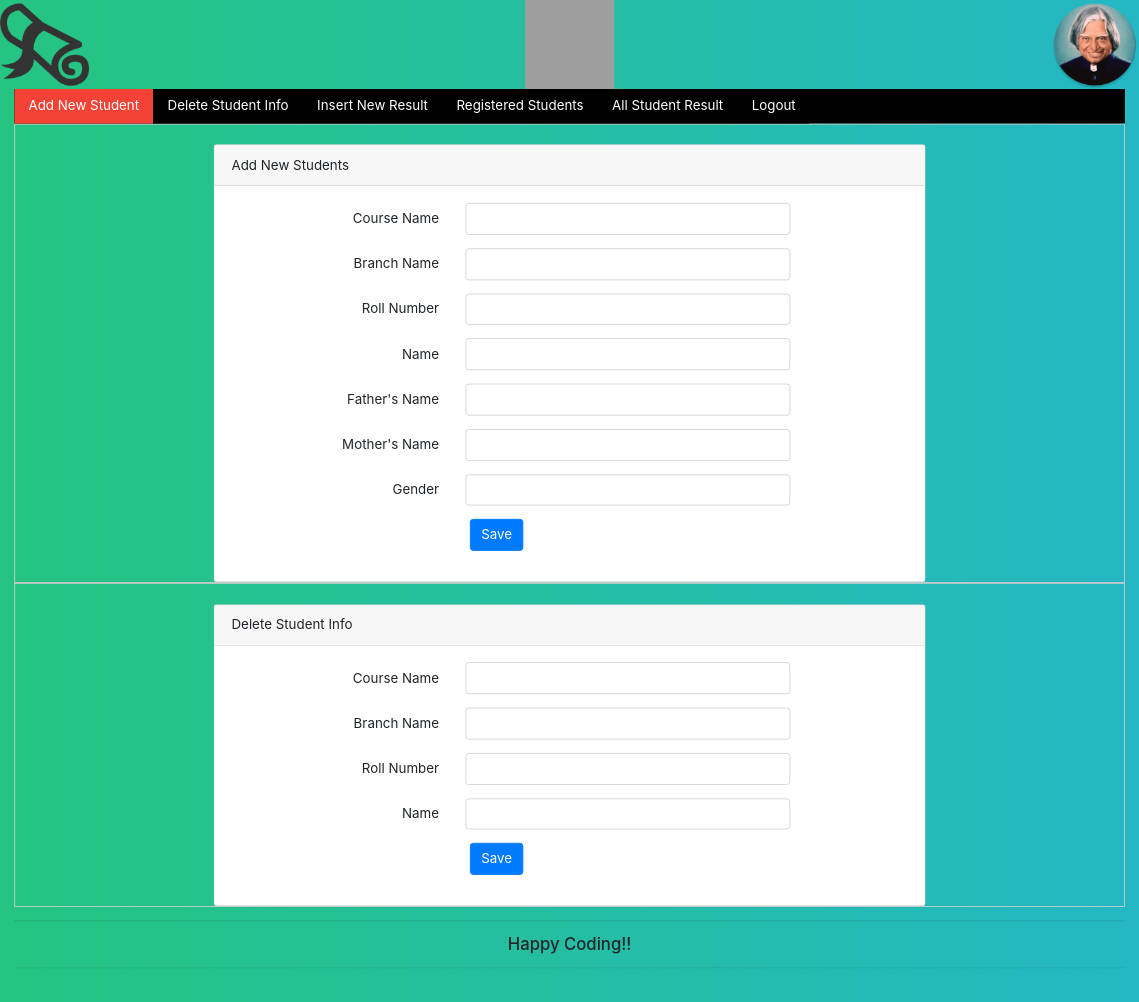
Repository: AlkaDas991/Dbms
Page: http://localhost/Student_Record_Management/adminHome.jsp
These files come from the project's save history. The page is drawn as it stood at one moment and after the next save; the edit follows.
The browser window is 1280 px wide. The pictures show the whole page, at 89% of full size.
Pictures or frames that could not be fetched are drawn as grey boxes. Some web fonts or font styles are not loaded; a fallback is used. Some web libraries are served in a nearby version. The page is served by Tomcat 9. Other server files are loaded and not shown. Queries for data that is not in the repository find no rows.

Above is the page before, as saved 2021-03-12 14:57:53.
Console error: TypeError: Cannot read properties of undefined (reading 'fn')

### Student Record Management/WebContent/adminHome.jsp
<%@include file="header.html"%>
<!DOCTYPE html>
<html>
<title>IIIT,BBSR</title>
<body>
<img src="logo.png"  align="left"width="100" height="100">
<center><img src="ng" width="100" height="100" position="absolute";
  clip = "rect(0px,60px,200px,0px)">
<img src="apj sir.png" align="right"  width="100" height="100"></center>
<div class="w3-container">
  <div class="w3-bar w3-black">
    <button class="w3-bar-item w3-button tablink w3-red" onclick="openCity(event,'London')">Add New Student</button>
    <button class="w3-bar-item w3-button tablink" onclick="openCity(event,'Beijing')">Delete Student Info</button>
    <button class="w3-bar-item w3-button tablink" onclick="openCity(event,'Paris')">Insert New Result</button>
    <button class="w3-bar-item w3-button tablink" onclick="openCity(event,'Tokyo')">Registered Students</button>
     <button class="w3-bar-item w3-button tablink" onclick="openCity(event,'Tokyo1')">All Student Result</button>
     <a href="adminLogin.jsp" class="w3-bar-item w3-button tablink">Logout</a>
  </div>

  <div id="London" class="w3-container w3-border city">
  <br>
   <link href="//maxcdn.bootstrapcdn.com/bootstrap/4.1.1/css/bootstrap.min.css" rel="stylesheet" id="bootstrap-css">
<script src="//maxcdn.bootstrapcdn.com/bootstrap/4.1.1/js/bootstrap.min.js"></script>
<script src="//cdnjs.cloudflare.com/ajax/libs/jquery/3.2.1/jquery.min.js"></script>
<!------ Alright Include the above in your HEAD tag ---------->

<!doctype html>
<html lang="en">
<head>
    <!--OK Required meta tags -->
    <meta charset="utf-8">
    <meta name="viewport" content="width=device-width, initial-scale=1, shrink-to-fit=no">

    <!-- Fonts -->
    <link rel="dns-prefetch" href="https://fonts.gstatic.com">
    <link href="https://fonts.googleapis.com/css?family=Raleway:300,400,600" rel="stylesheet" type="text/css">



    <link rel="icon" href="Favicon.png">

    <!-- Bootstrap CSS -->
    <link rel="stylesheet" href="https://stackpath.bootstrapcdn.com/bootstrap/4.1.3/css/bootstrap.min.css">
</head>
<body>
<main class="my-form">
    <div class="cotainer">
        <div class="row justify-content-center">
            <div class="col-md-8">
                    <div class="card">
                        <div class="card-header">Add New Students</div>
                        <div class="card-body">
                            <form name="my-form" onsubmit="return validform()" action="addNewStudent.jsp" method="post">
                                <div class="form-group row">
                                    <label for="full_name" class="col-md-4 col-form-label text-md-right">Course Name</label>
                                    <div class="col-md-6">
                                        <input type="text"  class="form-control" name="course">
                                    </div>
                                </div>

                                <div class="form-group row">
                                    <label for="email_address" class="col-md-4 col-form-label text-md-right">Branch Name</label>
                                    <div class="col-md-6">
                                        <input type="text"  class="form-control" name="branch">
                                    </div>
                                </div>

                                <div class="form-group row">
                                    <label for="user_name" class="col-md-4 col-form-label text-md-right">Roll Number</label>
                                    <div class="col-md-6">
                                        <input type="text" class="form-control" name="rollNo">
                                    </div>
                                </div>

                                <div class="form-group row">
                                    <label for="phone_number" class="col-md-4 col-form-label text-md-right">Name</label>
                                    <div class="col-md-6">
                                        <input type="text"  class="form-control" name="name">
                                    </div>
                                </div>

                                <div class="form-group row">
                                    <label for="present_address" class="col-md-4 col-form-label text-md-right">Father's Name</label>
                                    <div class="col-md-6">
                                        <input type="text"  class="form-control" name="fatherName">
                                    </div>
                                </div>

                                <div class="form-group row">
                                    <label for="present_address" class="col-md-4 col-form-label text-md-right">Mother's Name</label>
                                    <div class="col-md-6">
                                        <input type="text"  class="form-control" name="motherName">
                                    </div>
                                </div>

                                <div class="form-group row">
                                    <label for="permanent_address" class="col-md-4 col-form-label text-md-right">Gender</label>
                                    <div class="col-md-6">
                                        <input type="text" class="form-control" name="gender">
                                    </div>
                                </div>

                                    <div class="col-md-6 offset-md-4">
                                        <button type="submit" class="btn btn-primary">
                                        Save
                                        </button>
                                    </div>

                            </form>
                        </div>
                    </div>
            </div>
        </div>
    </div>
</main>

<script src="https://code.jquery.com/jquery-3.3.1.slim.min.js"></script>
<script src="https://cdnjs.cloudflare.com/ajax/libs/popper.js/1.14.3/umd/popper.min.js"></script>
<script src="https://stackpath.bootstrapcdn.com/bootstrap/4.1.3/js/bootstrap.min.js"></script>
</body>
  </div>
<!-- 2rd part -->
<div id="Beijing" class="w3-container w3-border city">
  <br>
   <link href="//maxcdn.bootstrapcdn.com/bootstrap/4.1.1/css/bootstrap.min.css" rel="stylesheet" id="bootstrap-css">
<script src="//maxcdn.bootstrapcdn.com/bootstrap/4.1.1/js/bootstrap.min.js"></script>
<script src="//cdnjs.cloudflare.com/ajax/libs/jquery/3.2.1/jquery.min.js"></script>
<!------ Alright Include the above in your HEAD tag ---------->

<!doctype html>
<html lang="en">
<head>
    <!--OK Required meta tags -->
    <meta charset="utf-8">
    <meta name="viewport" content="width=device-width, initial-scale=1, shrink-to-fit=no">

    <!-- Fonts -->
    <link rel="dns-prefetch" href="https://fonts.gstatic.com">
    <link href="https://fonts.googleapis.com/css?family=Raleway:300,400,600" rel="stylesheet" type="text/css">



    <link rel="icon" href="Favicon.png">

    <!-- Bootstrap CSS -->
    <link rel="stylesheet" href="https://stackpath.bootstrapcdn.com/bootstrap/4.1.3/css/bootstrap.min.css">
</head>
<body>
<main class="my-form">
    <div class="cotainer">
        <div class="row justify-content-center">
            <div class="col-md-8">
                    <div class="card">
                        <div class="card-header">Delete Student Info</div>
                        <div class="card-body">
                            <form name="my-form" onsubmit="return validform()" action="deleteStudent.jsp" method="post">
                                <div class="form-group row">
                                    <label for="full_name" class="col-md-4 col-form-label text-md-right">Course Name</label>
                                    <div class="col-md-6">
                                        <input type="text"  class="form-control" name="course">
                                    </div>
                                </div>

                                <div class="form-group row">
                                    <label for="email_address" class="col-md-4 col-form-label text-md-right">Branch Name</label>
                                    <div class="col-md-6">
                                        <input type="text"  class="form-control" name="branch">
                                    </div>
                                </div>

                                <div class="form-group row">
                                    <label for="user_name" class="col-md-4 col-form-label text-md-right">Roll Number</label>
                                    <div class="col-md-6">
                                        <input type="text" class="form-control" name="rollNo">
                                    </div>
                                </div>

                                <div class="form-group row">
                                    <label for="phone_number" class="col-md-4 col-form-label text-md-right">Name</label>
                                    <div class="col-md-6">
                                        <input type="text"  class="form-control" name="name">
                                    </div>
                                </div>

                                    <div class="col-md-6 offset-md-4">
                                        <button type="submit" class="btn btn-primary">
                                        Save
                                        </button>
                                    </div>

                            </form>
                        </div>
                    </div>
            </div>
        </div>
    </div>
</main>

<script src="https://code.jquery.com/jquery-3.3.1.slim.min.js"></script>
<script src="https://cdnjs.cloudflare.com/ajax/libs/popper.js/1.14.3/umd/popper.min.js"></script>
<script src="https://stackpath.bootstrapcdn.com/bootstrap/4.1.3/js/bootstrap.min.js"></script>
</body>
  </div>

  <div id="Paris" class="w3-container w3-border city" style="display:none">
  <br>
  <link href="//maxcdn.bootstrapcdn.com/bootstrap/4.1.1/css/bootstrap.min.css" rel="stylesheet" id="bootstrap-css">
<script src="//maxcdn.bootstrapcdn.com/bootstrap/4.1.1/js/bootstrap.min.js"></script>
<script src="//cdnjs.cloudflare.com/ajax/libs/jquery/3.2.1/jquery.min.js"></script>
<!------ Include the above in your HEAD tag ---------->

<!doctype html>
<html lang="en">
<head>
    <!-- Required meta tags -->
    <meta charset="utf-8">
    <meta name="viewport" content="width=device-width, initial-scale=1, shrink-to-fit=no">

    <!-- Fonts -->
    <link rel="dns-prefetch" href="https://fonts.gstatic.com">
    <link href="https://fonts.googleapis.com/css?family=Raleway:300,400,600" rel="stylesheet" type="text/css">



    <link rel="icon" href="Favicon.png">

    <!-- Bootstrap CSS -->
    <link rel="stylesheet" href="https://stackpath.bootstrapcdn.com/bootstrap/4.1.3/css/bootstrap.min.css">

</head>
<body>
<main class="my-form">
    <div class="cotainer">
        <div class="row justify-content-center">
            <div class="col-md-8">
                    <div class="card">
                        <div class="card-header">Insert New Result</div>
                        <div class="card-body">
                            <form name="my-form" onsubmit="return validform()" action="insertNewResult.jsp" method="">
                                <div class="form-group row">
                                    <label for="full_name" class="col-md-4 col-form-label text-md-right">Roll Number</label>
                                    <div class="col-md-6">
                                        <input type="text"class="form-control" name="rollNo">
                                    </div>
                                </div>

                                <div class="form-group row">
                                    <label for="email_address" class="col-md-4 col-form-label text-md-right">DAA</label>
                                    <div class="col-md-6">
                                        <input type="text"  class="form-control" name="DAA">
                                    </div>
                                </div>

                                <div class="form-group row">
                                    <label for="user_name" class="col-md-4 col-form-label text-md-right">DBMS</label>
                                    <div class="col-md-6">
                                        <input type="text"  class="form-control" name="DBMS">
                                    </div>
                                </div>

                                <div class="form-group row">
                                    <label for="phone_number" class="col-md-4 col-form-label text-md-right">COA</label>
                                    <div class="col-md-6">
                                        <input type="text"  class="form-control" name="COA">
                                    </div>
                                </div>

                                <div class="form-group row">
                                    <label for="present_address" class="col-md-4 col-form-label text-md-right">Discrete Maths</label>
                                    <div class="col-md-6">
                                        <input type="text"  class="form-control" name="DM">
                                    </div>
                                </div>

                                <div class="form-group row">
                                    <label for="permanent_address" class="col-md-4 col-form-label text-md-right">AMC</label>
                                    <div class="col-md-6">
                                        <input type="text"  class="form-control" name="AMC">
                                    </div>
                                </div>

                                 <div class="form-group row">
                                    <label for="permanent_address" class="col-md-4 col-form-label text-md-right">Communication Skills</label>
                                    <div class="col-md-6">
                                        <input type="text"  class="form-control" name="CS">
                                    </div>
                                </div>


                                    <div class="col-md-6 offset-md-4">
                                        <button type="submit" class="btn btn-primary">
                                       Save
                                        </button>
                                    </div>

                            </form>
                        </div>
                    </div>
            </div>
        </div>
        <br>
    </div>

</main>

<script src="https://code.jquery.com/jquery-3.3.1.slim.min.js"></script>
<script src="https://cdnjs.cloudflare.com/ajax/libs/popper.js/1.14.3/umd/popper.min.js"></script>
<script src="https://stackpath.bootstrapcdn.com/bootstrap/4.1.3/js/bootstrap.min.js"></script>
</body>
</html>
  </div>

  <div id="Tokyo" class="w3-container w3-border city" style="display:none">

<section>
  <!--for demo wrap-->
  <div class="tbl-header">
    <table cellpadding="0" cellspacing="0" border="0">
      <thead>
        <tr>
         <th>Course Name</th>
          <th>Branch Name</th>
          <th>Roll Number</th>
          <th>Name</th>
          <th>Father Name</th>
          <th>Gender</th>
        </tr>
      </thead>
    </table>
  </div>
  <div class="tbl-content">
    <table cellpadding="0" cellspacing="0" border="0">
      <tbody>
      	<%@page import = "Project.ConnectionProvider" %>
      	<%@page import = "java.sql.*" %>
      	<%
      		try{
      			Connection con = ConnectionProvider.getCon();
      			Statement st = con.createStatement();
      			ResultSet rs = st.executeQuery("select * from student");
      			while(rs.next()){

      	%>
        <tr>
        <!--get values from each column  -->
          <td><%=rs.getString(1)%></td>
          <td><%=rs.getString(2)%></td>
          <td><%=rs.getString(3)%></td>
          <td><%=rs.getString(4)%></td>
          <td><%=rs.getString(5)%></td>
          <td><%=rs.getString(6)%></td>
        </tr>
      </tbody>
      <%}}
      	catch(Exception e){

      	}
      %>
    </table>
  </div>
</section>
</div>
<div id="Tokyo1" class="w3-container w3-border city" style="display:none">

<section>
  <!--for demo wrap-->
  <div class="tbl-header">
    <table cellpadding="0" cellspacing="0" border="0">
      <thead>
        <tr>
          <th>Roll Number</th>
          <th>DAA</th>
          <th>DBMS</th>
          <th>COA</th>
          <th>DM</th>
          <th>AMC</th>
          <th>CS</th>
        </tr>
      </thead>
    </table>
  </div>
  <div class="tbl-content">
    <table cellpadding="0" cellspacing="0" border="0">
      <tbody>
      <%@page import = "Project.ConnectionProvider" %>
      <%@page import = "java.sql.*" %>
      <%
      	try{
      		Connection con = ConnectionProvider.getCon();
    		Statement st = con.createStatement();
    		ResultSet rs = st.executeQuery("select * from result");
      		while(rs.next()){
      %>
        <tr>
          <td><%=rs.getString(1)%></td>
          <td><%=rs.getString(2)%></td>
          <td><%=rs.getString(3)%></td>
          <td><%=rs.getString(4)%></td>
          <td><%=rs.getString(5)%></td>
          <td><%=rs.getString(6)%></td>
          <td><%=rs.getString(7)%></td>
        </tr>
      <%}}
      catch(Exception e){}
      %>
      </tbody>
    </table>
  </div>
</section>

</div>
    <hr class="new1">
  <center><h5>Happy Coding!!</h5></center>
  <hr class="new1">
<br>
</body>
</html>

### Student Record Management/src/Project/ConnectionProvider.java
package Project;
import java.sql.*;
public class ConnectionProvider {
	public static Connection getCon() {
		try {
			Class.forName("oracle.jdbc.driver.OracleDriver");
			Connection con = DriverManager.getConnection("jdbc:oracle:thin:@localhost:1521:XE","system","manager");
			return con;
		}
		catch(Exception e){
			System.out.println(e);
			return null;
		}
	}
}

Loaded but not shown: Student Record Management/WebContent/header.html (355 lines, source omitted)

After the next save:
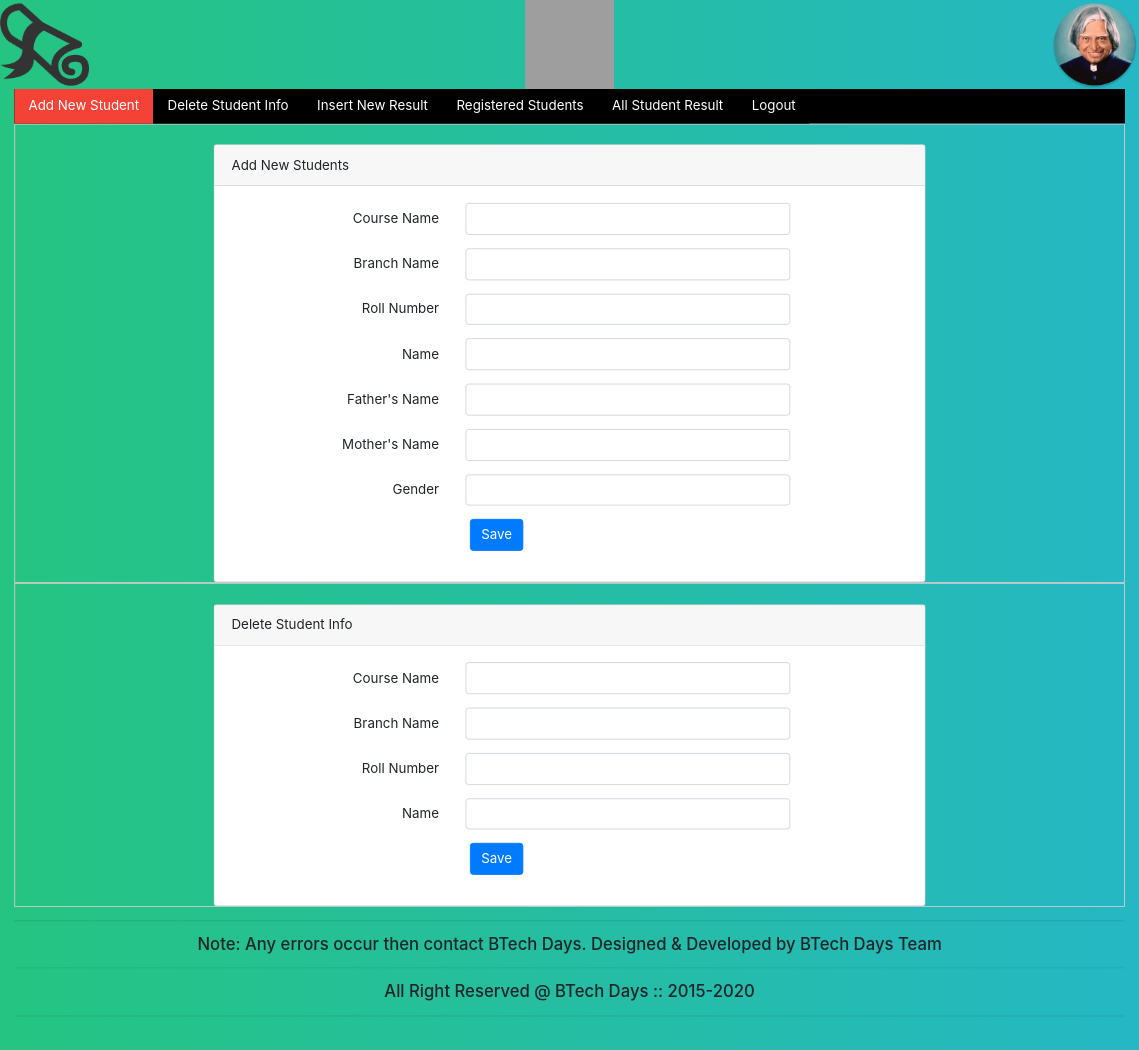
Saved 19 min 10 s later.
--- a/Student Record Management/WebContent/adminHome.jsp
+++ b/Student Record Management/WebContent/adminHome.jsp
@@ -410,7 +410,10 @@
 
 </div>
     <hr class="new1">
-  <center><h5>Happy Coding!!</h5></center>
+ <center><h5>Note: Any errors occur then contact BTech Days.
+Designed & Developed by BTech Days Team</h5></center>
+  <hr class="new1">
+<center><h5>All Right Reserved @ BTech Days :: 2015-2020</h5></center>
   <hr class="new1">
 <br>
 </body>
